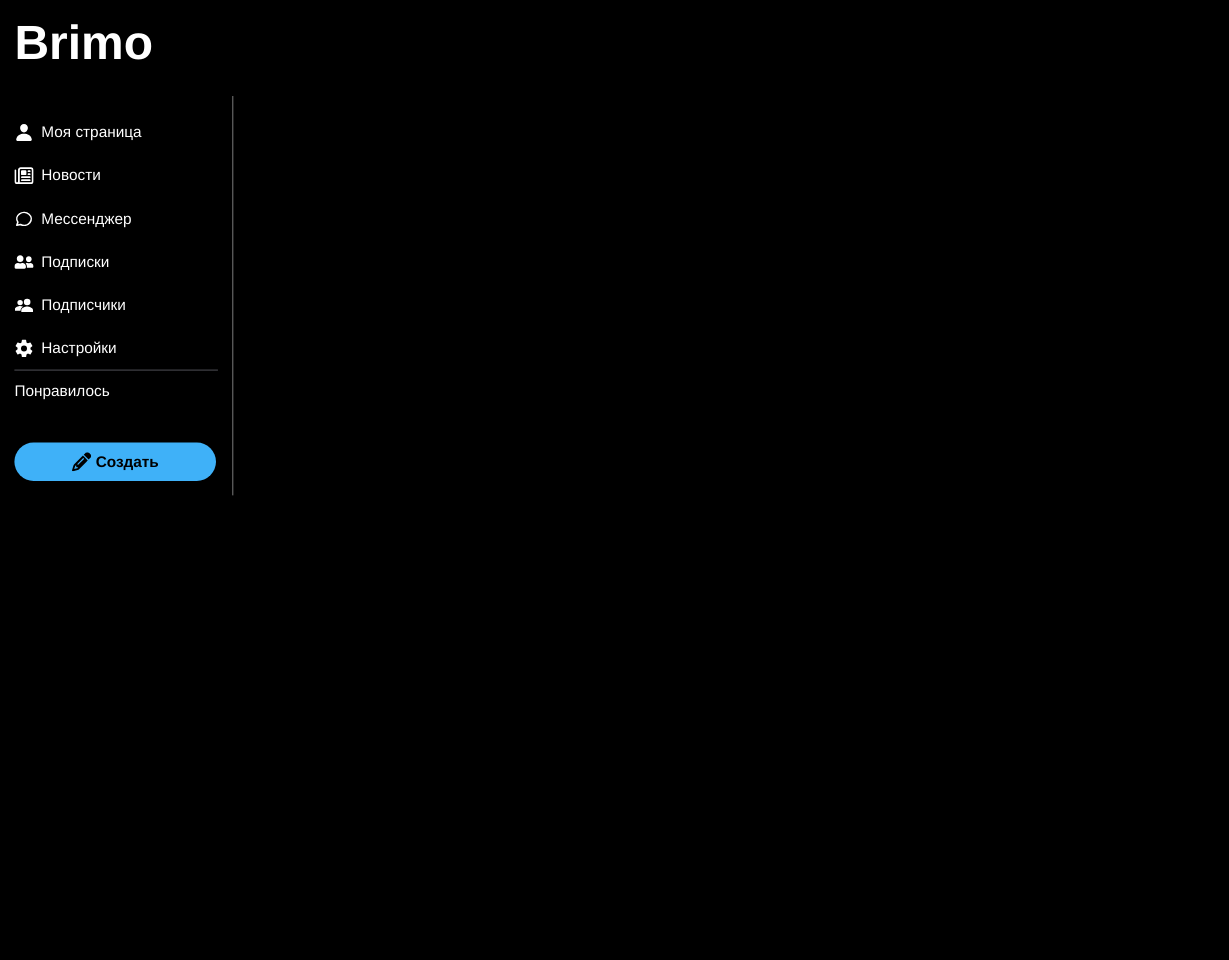
Repository: MaksimKrupkin/socialNetwork
Page: / (app in frontend/socialNetworkFrontend/)
An editor plug-in stored every save of this project. The page is shown before and after the next save, followed by the edit.
The browser window is 1280 px wide. The pictures show the whole page, at 96% of full size.
The project was rebuilt for these pictures with package versions that can differ from the ones it lists, and the page was loaded fresh each time. Also part of the build but not shown: frontend/socialNetworkFrontend/vite.config.js, frontend/socialNetworkFrontend/src/index.css.

Above is the page before, as saved 2024-11-27 20:23:45.

After the next save:
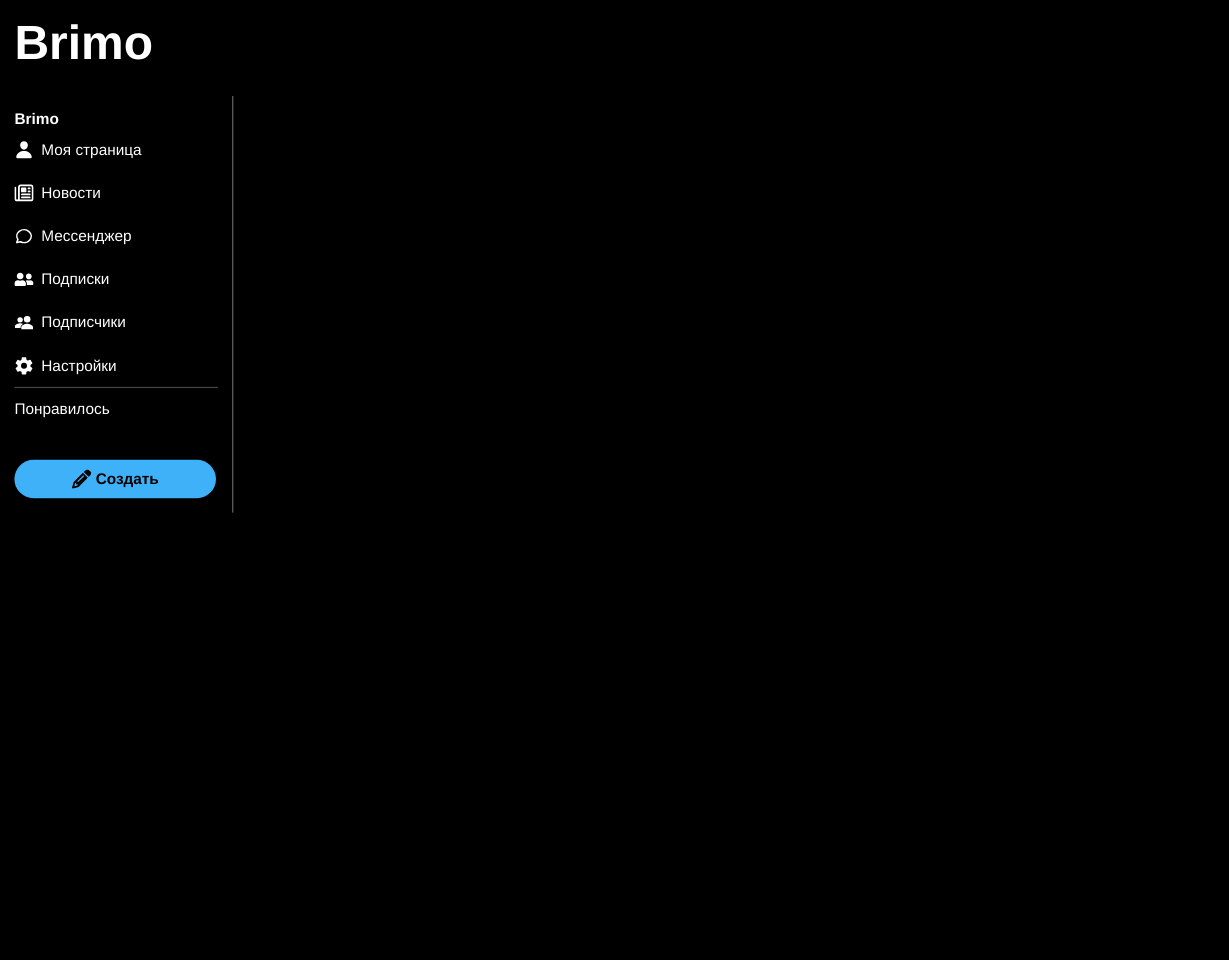
Saved 41 s later.
--- a/frontend/socialNetworkFrontend/src/Components/Navigation/Navigation.jsx
+++ b/frontend/socialNetworkFrontend/src/Components/Navigation/Navigation.jsx
@@ -11,6 +11,9 @@ import { FaPencil } from 'react-icons/fa6';
 const Navigation = () => {
   return (
     <div className={styles.wrapper}>
+      <header className={styles.header}>
+        <div className={styles.logo}>Brimo</div>
+      </header>
       <div className={styles.item}>
         <IoPerson fontSize={20} />
         <span className={styles.text}>Моя страница</span>
